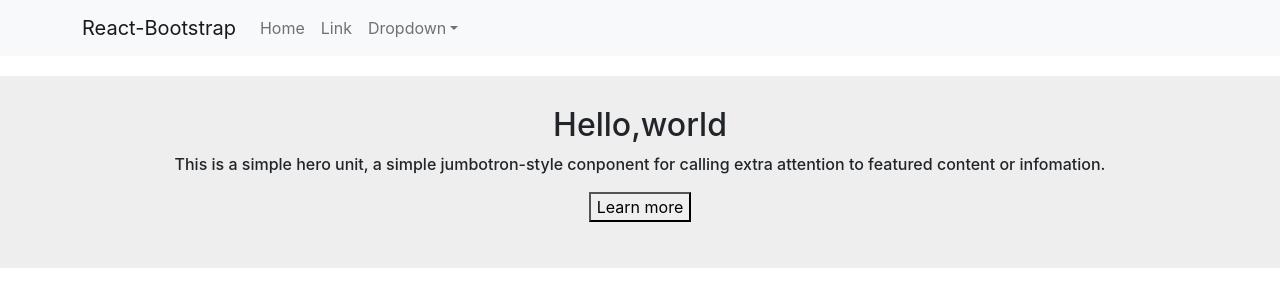
Repository: sonchangdo/mokdong
Page: / (app in shop/)
An editor plug-in stored every save of this project. The page is shown before and after the next save, followed by the edit.
The browser window is 1280 px wide. The pictures show the whole page.
The project was rebuilt for these pictures with package versions that can differ from the ones it lists, and the page was loaded fresh each time.

Above is the page before, as saved 2022-01-10 12:26:01.

After the next save:
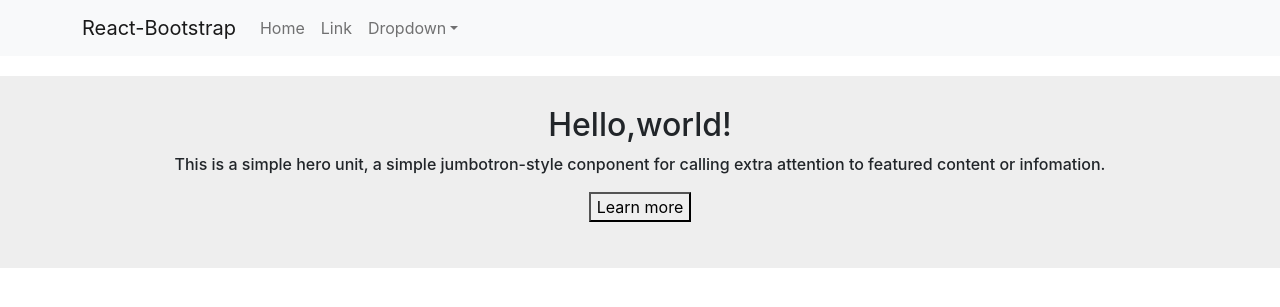
Saved 9 s later.
--- a/shop/src/App.js
+++ b/shop/src/App.js
@@ -26,7 +26,7 @@ function App() {
         </Container>
       </Navbar>
       <div className="jumbotron">
-        <h2>Hello,world</h2>
+        <h2>Hello,world!</h2>
         <p>This is a simple hero unit, a simple jumbotron-style conponent for calling
           extra attention to featured content or infomation.
         </p>
